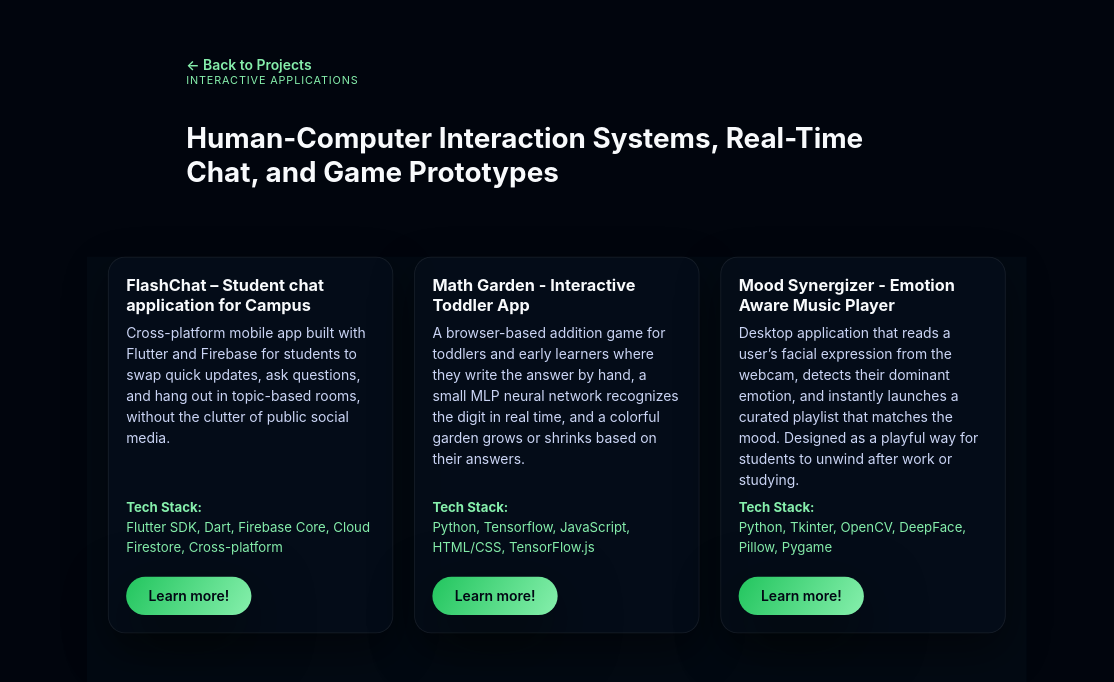
Repository: Abdulaziz-04/Abdulaziz-04.github.io
Page: projects/interactive_apps.html
An editor plug-in stored every save of this project. The page is shown before and after the next save, followed by the edit.
The browser window is 1280 px wide. The pictures show the whole page, at 87% of full size.

Above is the page before, as saved 2025-11-22 23:15:33.

### projects/interactive_apps.html
<!DOCTYPE html>
<html lang="en">
  <head>
    <meta charset="UTF-8" />
    <meta name="viewport" content="width=device-width, initial-scale=1" />
    <title>Interactive Apps | Project</title>
    <link rel="stylesheet" href="../assets/css/styles.css" />
  </head>
  <body class="category-page">
    <header class="category-hero">
      <a class="category-back" href="../index.html#projects"
        >&larr; Back to Projects</a
      >
      <a class="category-pill" href="../index.html#projects"
        >Interactive Applications</a
      >
      <br />
      <h1>
        Human-Computer Interaction Systems, Real-Time Chat, and Game Prototypes
      </h1>
    </header>
    <main class="section category-section">
      <div class="project-modal-grid">
        <article class="project-modal-card">
          <div class="project-modal__body">
            <h3>FlashChat – Student chat application for Campus</h3>
            <p class="project-modal__summary">
              Cross-platform mobile app built with Flutter and Firebase for
              students to swap quick updates, ask questions, and hang out in
              topic-based rooms, without the clutter of public social media.
            </p>
            <p class="project-modal__tech">
              <strong>Tech Stack:</strong>
              Flutter SDK, Dart, Firebase Core, Cloud Firestore, Cross-platform
            </p>
            <div class="project-modal__actions">
              <a
                class="btn primary"
                href="../deepdives/interactive_apps/flash_chat/flash_chat.html"
                >Learn more!</a
              >
            </div>
          </div>
        </article>

        <article class="project-modal-card">
          <div class="project-modal__body">
            <h3>Math Garden - Interactive Toddler App</h3>

            <p class="project-modal__summary">
              A browser-based addition game for toddlers and early learners
              where they write the answer by hand, a small MLP neural network
              recognizes the digit in real time, and a colorful garden grows or
              shrinks based on their answers.
            </p>
            <p class="project-modal__tech">
              <strong>Tech Stack:</strong>
              Python, Tensorflow, JavaScript, HTML/CSS, TensorFlow.js
            </p>
            <div class="project-modal__actions">
              <a
                class="btn primary"
                href="../deepdives/interactive_apps/math_garden/math_garden.html"
                >Learn more!</a
              >
            </div>
          </div>
        </article>

        <article class="project-modal-card">
          <div class="project-modal__body">
            <h3>Mood Synergizer - Emotion Aware Music Player</h3>
            <p class="project-modal__summary">
              Desktop application that reads a user’s facial expression from the
              webcam, detects their dominant emotion, and instantly launches a
              curated playlist that matches the mood. Designed as a playful way
              for students to unwind after work or studying.
            </p>
            <p class="project-modal__tech">
              <strong>Tech Stack:</strong>
              Python, Tkinter, OpenCV, DeepFace, Pillow, Pygame
            </p>
            <div class="project-modal__actions">
              <a
                class="btn primary"
                href="../deepdives/interactive_apps/mood_synergizer/mood.synergizer.html"
                >Learn more!</a
              >
            </div>
          </div>
        </article>
      </div>
    </main>
  </body>
</html>

### assets/css/styles.css
:root {
  --bg: #030a13;
  --bg-alt: #050f1f;
  --panel: #071425;
  --panel-soft: rgba(34, 197, 94, 0.08);
  --accent: #22c55e;
  --accent-strong: #86efac;
  --text: #f8fafc;
  --muted: #cbd5f5;
  --border: rgba(255, 255, 255, 0.08);
  --radius: 18px;
  --shadow: 0 25px 70px rgba(1, 8, 4, 0.55);
}

* {
  box-sizing: border-box;
}

body {
  margin: 0;
  min-height: 100vh;
  font-family: "Inter", "Segoe UI", system-ui, -apple-system, BlinkMacSystemFont,
    sans-serif;
  color: var(--text);
  background: radial-gradient(circle at 15% 35%, rgba(34, 197, 94, 0.15), transparent 45%),
    radial-gradient(circle at 80% 0%, rgba(134, 239, 172, 0.2), transparent 35%),
    #020718;
  scroll-behavior: smooth;
  padding-top: 0;
}

.modal-open {
  overflow: hidden;
}

main {
  background: var(--bg);
}

.section {
  max-width: 1080px;
  margin: 0 auto;
  padding: 3.5rem 1.5rem;
}

.site-header {
  margin: 0;
  padding: clamp(4rem, 12vw, 6rem) clamp(1.5rem, 6vw, 4rem) 3.5rem;
  background: linear-gradient(135deg, rgba(5, 18, 12, 0.9), rgba(3, 10, 19, 0.85)),
    radial-gradient(circle at top left, rgba(34, 197, 94, 0.25), transparent 55%);
  box-shadow: inset 0 1px 0 rgba(255, 255, 255, 0.05);
  min-height: 85vh;
  display: flex;
  align-items: center;
}

.hero-header {
  margin-top: 0;
  padding-top: clamp(4.5rem, 12vw, 7rem);
}

.top-nav {
  position: fixed;
  top: 0;
  left: 0;
  width: 100%;
  padding: 0.75rem clamp(1.25rem, 6vw, 4rem);
  background: rgba(4, 9, 20, 0.95);
  border-bottom: 1px solid rgba(255, 255, 255, 0.05);
  backdrop-filter: blur(14px);
  display: flex;
  align-items: center;
  justify-content: space-between;
  gap: 1rem;
  z-index: 50;
}

.top-nav__brand {
  font-size: 0.85rem;
  letter-spacing: 0.3em;
  text-transform: uppercase;
  color: var(--muted);
}

.top-nav__links {
  display: flex;
  align-items: center;
  gap: 0.9rem;
  flex-wrap: wrap;
}

.nav-link {
  text-decoration: none;
  color: var(--muted);
  font-weight: 600;
  letter-spacing: 0.08em;
  text-transform: uppercase;
  padding: 0.4rem 0.85rem;
  border-radius: 999px;
  transition: color 0.2s ease, background 0.2s ease;
}

.nav-link:hover {
  color: var(--text);
}

.nav-link.active {
  background: var(--accent);
  color: #03140c;
}

.hire-btn {
  cursor: pointer;
  background: var(--accent);
  color: black;
  padding: 0.95rem 2.4rem;
  font-size: 1.1rem;
  font-weight: 700;
  border: none;
  border-radius: 999px;
  box-shadow: 0 12px 28px rgba(34, 197, 94, 0.35);
}

.hero-grid {
  display: grid;
  grid-template-columns: minmax(0, 1.4fr) minmax(220px, 320px);
  gap: clamp(2rem, 4vw, 3.5rem);
  width: 100%;
  align-items: start;
}

.hero-text h1 {
  font-size: clamp(2.5rem, 5vw, 3.8rem);
  margin: 0.2rem 0 0.8rem;
}

.hero-lede {
  color: var(--muted);
  font-size: 1.05rem;
  max-width: 560px;
  line-height: 1.6;
}

.eyebrow {
  text-transform: uppercase;
  color: var(--accent-strong);
}

.hero-summary {
  margin: 1.5rem 0 1.75rem;
  color: var(--muted);
}

.summary-list {
  font-size: large;
  margin: 0;
  padding-left: 1.5rem;
}

.summary-list li {
  margin-bottom: 0.55rem;
  line-height: 1.5;
}

.hero-actions {
  display: flex;
  flex-wrap: wrap;
  gap: 1rem;
  width: 100%;
}

.hero-actions .hire-btn {
  padding: 1.1rem 2.8rem;
  font-size: 1.2rem;
}

.btn {
  display: inline-flex;
  align-items: center;
  justify-content: center;
  gap: 0.4rem;
  padding: 0.75rem 1.6rem;
  border-radius: 999px;
  text-decoration: none;
  font-weight: 600;
  transition: transform 0.2s ease, box-shadow 0.2s ease;
}

.btn.primary {
  background: linear-gradient(120deg, var(--accent), var(--accent-strong));
  color: #020714;
  box-shadow: var(--shadow);
}

.btn.secondary {
  border: 1px solid var(--accent);
  color: var(--accent-strong);
}

.btn:hover {
  transform: translateY(-2px);
}

.hero-photo {
  justify-self: center;
}

.hero-photo img {
  width: clamp(220px, 18vw, 280px);
  border-radius: 28px;
  border: 1px solid rgba(134, 239, 172, 0.2);
  box-shadow: 0 20px 60px rgba(0, 0, 0, 0.6);
  filter: saturate(1.05);
}

.section h2 {
  margin-top: 0;
  font-size: 2rem;
}

.experience-grid {
  display: grid;
  grid-template-columns: repeat(auto-fit, minmax(300px, 1fr));
  gap: 1.75rem;
}

.experience-title {
  display: flex;
  justify-content: space-between;
  align-items: center;
  gap: 1rem;
  font-size: 1.2rem;
}

.experience-title .role {
  color: var(--text); /* default text color */
  font-weight: 600;
}

.experience-title .org {
  color:#6DF9C9;
  white-space: nowrap;
}

.experience-card,
.project-card {
  background: linear-gradient(145deg, var(--panel), rgba(6, 14, 18, 0.9));
  border-radius: var(--radius);
  border: 1px solid var(--border);
  padding: 1.75rem;
  box-shadow: var(--shadow);
}

.timeline {
  border-left: 2px solid var(--border);
  margin-top: 1.25rem;
}

.timeline-item {
  padding-left: 1.75rem;
  margin-bottom: 1.75rem;
  position: relative;
}

.timeline-header {
  display: flex;
  justify-content: space-between;
  align-items: baseline;
  gap: 1rem;
}

.timeline-header h3 {
  margin: 0;
}

.education-title {
  display: flex;
  justify-content: space-between;
  gap: 0.75rem;
  align-items: baseline;
  flex-wrap: wrap;
}

.edu-gpa {
  color: var(--accent-strong);
  white-space: nowrap;
  font-size: 0.95rem;
}





.hire-modal {
  position: fixed;
  inset: 0;
  background: rgba(5, 9, 18, 0.8);
  display: flex;
  justify-content: center;
  align-items: center;
  z-index: 100;
}

.hire-modal[hidden] {
  display: none;
}

.hire-modal__panel {
  background: #050b16;
  border: 1px solid rgba(255, 255, 255, 0.08);
  border-radius: 22px;
  padding: 1.75rem;
  width: min(90%, 420px);
  box-shadow: 0 30px 80px rgba(0, 0, 0, 0.55);
  position: relative;
  color: var(--text);
}

.hire-modal__panel p {
  color: var(--muted);
}

.hire-modal__close {
  position: absolute;
  top: 0.5rem;
  right: 0.75rem;
  background: var(--accent);
  color: #02120b;
  border: none;
  font-size: 1.35rem;
  font-weight: 700;
  cursor: pointer;
  width: 2.25rem;
  height: 2.25rem;
  border-radius: 999px;
  display: inline-flex;
  align-items: center;
  justify-content: center;
  line-height: 1;
}

.hire-options {
  display: flex;
  flex-direction: column;
  gap: 0.75rem;
  margin-top: 1rem;
}

.hire-option {
  display: flex;
  justify-content: space-between;
  align-items: center;
  padding: 0.85rem 1rem;
  border-radius: 1rem;
  text-decoration: none;
  color: var(--text);
  border: 1px solid rgba(255, 255, 255, 0.08);
  background: rgba(255, 255, 255, 0.02);
  transition: background 0.2s ease, transform 0.2s ease;
}

.hire-option:hover {
  background: rgba(34, 197, 94, 0.18);
  transform: translateY(-2px);
}

.hire-option small {
  color: var(--muted);
  letter-spacing: 0.04em;
}

.hire-modal__action {
  margin-top: 1.5rem;
  width: 100%;
  text-align: center;
}

.timeline-item::before {
  content: "";
  width: 11px;
  height: 11px;
  border-radius: 999px;
  background: var(--accent);
  box-shadow: 0 0 16px rgba(34, 197, 94, 0.8);
  position: absolute;
  left: -6px;
  top: 4px;
}

.timeline-date {
  font-size: 0.85rem;
  letter-spacing: 0.1em;
  text-transform: uppercase;
  color: var(--muted);
}

.course-dropdown {
  margin-top: 1.5rem;
}

.course-toggle {
  width: 100%;
  background: transparent;
  border: 1px solid rgba(255, 255, 255, 0.08);
  border-radius: var(--radius);
  padding: 0.75rem 1.1rem;
  color: var(--text);
  font: inherit;
  font-weight: 600;
  letter-spacing: 0.04em;
  display: flex;
  justify-content: space-between;
  align-items: center;
  cursor: pointer;
  transition: border-color 0.2s ease, transform 0.2s ease, box-shadow 0.2s ease;
}

.course-toggle:hover {
  border-color: rgba(134, 239, 172, 0.7);
  box-shadow: 0 0 20px rgba(34, 197, 94, 0.25);
  transform: translateY(-1px);
}

.course-toggle__icon {
  font-size: 1.1rem;
  line-height: 1;
  transition: transform 0.25s ease;
}

.course-toggle[aria-expanded='true'] .course-toggle__icon {
  transform: rotate(45deg);
}

.course-panel {
  margin-top: 1rem;
  border-left: 2px solid rgba(134, 239, 172, 0.3);
  padding-left: 1.25rem;
}

.course-panel[hidden] {
  display: none;
}

.course-panel__body h4 {
  margin-top: 1rem;
  margin-bottom: 0.5rem;
}

.certifications-list {
  display: grid;
  gap: 1rem;
  margin-top: 1rem;
}

#certifications {
  scroll-margin-top: 140px;
}

.cert-list {
  list-style: none;
  padding: 0;
  margin: 0;
  display: flex;
  flex-direction: column;
  gap: 0.75rem;
}

.cert-title {
  font-weight: 700;
}

.cert-meta {
  font-size: 0.95rem;
  color: var(--muted);
}

.loading-text,
.loading-error {
  color: var(--muted);
  font-style: italic;
}

.loading-error {
  color: #fda4af;
}

.project-card--featured {
  display: flex;
  flex-wrap: wrap;
  gap: 1.5rem;
}

.project-media img {
  max-width: 280px;
  border-radius: var(--radius);
  border: 1px solid rgba(34, 197, 94, 0.3);
}

.project-grid {
  display: grid;
  grid-template-columns: repeat(auto-fit, minmax(240px, 1fr));
  gap: 1.25rem;
  margin-top: 1rem;
}

.projects-overview .projects-lede {
  color: var(--muted);
  max-width: 760px;
  margin-bottom: 2rem;
}

.project-category-grid {
  display: grid;
  grid-template-columns: repeat(auto-fit, minmax(260px, 1fr));
  gap: 1.5rem;
  margin-top: 2rem;
}

.project-category-card {
  border: 1px solid var(--border);
  border-radius: var(--radius);
  padding: 1.75rem;
  background: rgba(7, 19, 33, 0.85);
  display: flex;
  flex-direction: column;
  gap: 0.75rem;
  box-shadow: 0 15px 40px rgba(0, 0, 0, 0.35);
  min-height: 260px;
}

.category-pill {
  text-transform: uppercase;
  letter-spacing: 0.08em;
  font-size: 0.78rem;
  color: var(--accent-strong);
  margin: 0;
  display: block;
  min-height: 2.2em;
  text-decoration: none;
  cursor: pointer;
}

.project-category-card h3 {
  margin: 0;
  line-height: 1.35;
  min-height: 3.2em;
}

.project-category-card > p:not(.category-pill) {
  margin: 0;
  line-height: 1.5;
  min-height: 4.4em;
}

.category-link {
  align-self: flex-start;
  margin-top: auto;
}

.category-page {
  background: #01050d;
  color: var(--text);
  min-height: 100vh;
  margin: 0;
}

.category-hero {
  max-width: 900px;
  margin: 0 auto;
  padding: 4rem 1.5rem 2rem;
  text-align: left;
}

.category-hero h1 {
  margin-top: 0.5rem;
}

.category-back {
  text-decoration: none;
  color: var(--accent-strong);
  font-weight: 600;
}

.category-section {
  padding-top: 0;
}

.category-description {
  color: var(--muted);
  max-width: 720px;
}

.project-modal-grid {
  display: grid;
  grid-template-columns: repeat(auto-fit, minmax(280px, 1fr));
  gap: 1.5rem;
  margin-top: 1.5rem;
  align-items: stretch;
  grid-auto-rows: 1fr;
}

.project-modal-card {
  border: 1px solid rgba(255, 255, 255, 0.08);
  border-radius: 20px;
  padding: 1.25rem;
  background: rgba(5, 13, 25, 0.95);
  display: flex;
  flex-direction: column;
  gap: 1rem;
  box-shadow: 0 20px 50px rgba(0, 0, 0, 0.45);
  height: 100%;
}

.project-modal__body {
  display: grid;
  grid-template-rows: auto 1fr auto auto;
  gap: 0.6rem;
  height: 100%;
}

.project-modal-card h3 {
  margin: 0;
  min-height: 2.6rem;
  display: flex;
  align-items: flex-end;
}

.project-modal__body h3,
.project-modal__body p {
  margin: 0;
}

.project-modal__summary {
  color: var(--muted);
  line-height: 1.5;
  min-height: 0;
}

.project-modal__tech {
  font-size: 0.95rem;
  color: var(--accent-strong);
  min-height: 2.4rem;
  line-height: 1.5;
}

.project-modal__tech strong,
.project-modal__tech b {
  display: block;
}

.project-modal__actions {
  display: flex;
  gap: 0.75rem;
  flex-wrap: wrap;
  margin-top: auto;
  padding-top: 0.75rem;
}

.category-footer {
  text-align: center;
  color: var(--muted);
  padding: 2rem 1rem 3rem;
}

.project-detail-page {
  background: #01050d;
  color: var(--text);
  margin: 0;
}

.detail-hero {
  max-width: 960px;
  margin: 0 auto;
  padding: 4rem 1.5rem 2rem;
}

.detail-summary {
  color: var(--muted);
  font-size: 1.1rem;
}

.detail-meta {
  list-style: none;
  padding: 0;
  margin: 1.5rem 0 0;
  display: flex;
  flex-wrap: wrap;
  gap: 1rem 2rem;
  color: var(--accent-strong);
}

.detail-content {
  padding-top: 0;
}

.home-page p,
.home-page li,
.home-page .course-panel__body {
  text-align: justify;
}

.home-page .projects-overview p,
.home-page .project-category-card p {
  text-align: left;
}

.project-detail-page p,
.project-detail-page li {
  text-align: justify;
}

.detail-section {
  margin-bottom: 2.5rem;
}

.detail-gallery {
  display: flex;
  flex-direction: column;
  gap: 1.5rem;
}

.detail-gallery .gallery-row {
  display: flex;
  flex-direction: column;
  gap: 1.75rem;
  align-items: center;
}

.detail-gallery .gallery-row--two {
  width: 100%;
  display: grid;
  grid-template-columns: repeat(auto-fit, minmax(280px, 1fr));
  gap: 1.25rem;
  align-items: start;
}

.detail-gallery .gallery-item {
  flex: 0 0 auto;
  max-width: 880px;
  margin: 0 auto;
  text-align: center;
}

.detail-gallery .gallery-item figcaption {
  text-align: center;
}

.detail-gallery .gallery-item img {
  display: block;
  width: 100%;
  height: auto;
  border-radius: 12px;
  border: 1px solid rgba(255, 255, 255, 0.08);
  margin: 0 auto;
  transform: none;
}

.detail-video {
  display: block;
  width: 100%;
  max-width: 720px;
  height: auto;
  margin: 0 auto;
  border-radius: 12px;
  border: 1px solid rgba(255, 255, 255, 0.08);
  background: #000;
}

.detail-gallery__grid {
  display: grid;
  grid-template-columns: repeat(auto-fit, minmax(240px, 1fr));
  gap: 1.25rem;
}

.detail-gallery__grid img {
  width: 100%;
  border-radius: 14px;
  border: 1px solid rgba(255, 255, 255, 0.08);
}

.detail-snippet pre {
  background: #020714;
  padding: 1.25rem;
  border-radius: 16px;
  border: 1px solid rgba(255, 255, 255, 0.08);
  overflow-x: auto;
}

.code-emphasis {
  font-size: 1.4em;
}

.skills-list {
  display: flex;
  flex-wrap: wrap;
  gap: 0.65rem;
}

.skill-pill {
  --pill-bg: rgba(148, 163, 184, 0.15);
  --pill-color: #f8fafc;
  --pill-icon: rgba(255, 255, 255, 0.85);
  display: inline-flex;
  align-items: center;
  gap: 0.4rem;
  padding: 0.45rem 0.9rem;
  border-radius: 0.85rem;
  background: var(--pill-bg);
  color: var(--pill-color);
  font-size: 0.78rem;
  font-weight: 700;
  letter-spacing: 0.05em;
  text-transform: uppercase;
  border: 1px solid rgba(255, 255, 255, 0.06);
  box-shadow: 0 6px 14px rgba(0, 0, 0, 0.25);
}

.skill-pill i {
  font-size: 1rem;
  color: var(--pill-icon);
}

.site-footer {
  text-align: center;
  display: flex;
  justify-content: center;
  padding: 2.5rem 1rem 3rem;
  color: var(--muted);
  border-top: 1px solid var(--border);
  background: linear-gradient(180deg, rgba(5, 9, 18, 0.98), rgba(2, 7, 24, 0.95));
  margin-top: 0;
  box-shadow: 0 -18px 45px rgba(0, 0, 0, 0.45);
}

.site-footer p {
  margin: 0;
}

@media (max-width: 1024px) {
  .hero-grid {
    grid-template-columns: 1fr;
    text-align: center;
  }

  .hero-photo {
    order: -1;
  }

  .top-nav {
    flex-direction: column;
    align-items: flex-start;
    gap: 0.5rem;
  }

  .top-nav__links {
    width: 100%;
    justify-content: flex-start;
    gap: 0.5rem;
  }

  .hire-btn {
    width: 100%;
    text-align: center;
  }
}

@media (max-width: 640px) {
  .hero-header {
    padding-top: 9rem;
  }

  .experience-title {
    flex-direction: column;
    align-items: flex-start;
    gap: 0.35rem;
    font-size: 1.05rem;
  }

  .experience-title .org {
    white-space: normal;
    width: 100%;
  }
}


/* Medium size for first GIF */
.gallery-item--medium {
  text-align: center;
}

.gallery-item--medium img {
  max-width: 720px;
  width: 100%;
  height: auto;
  display: block;
  margin: 0 auto;
}

.gallery-item figcaption {
  margin-top: 0.95rem;
  color: var(--muted);
  line-height: 1.5;
}

.hero-screens {
  display: flex;
  flex-wrap: wrap;
  justify-content: center;
  align-items: flex-start;
  gap: 1.25rem;
}

.hero-screens .gallery-item {
  max-width: 220px;
  width: 100%;
  display: flex;
  flex-direction: column;
  align-items: center;
}

.hero-screens .gallery-item img {
  width: 100%;
  height: 420px;
  display: block;
  margin: 0 auto;
  object-fit: contain;
}

.hero-screens .gallery-item figcaption {
  text-align: center;
  margin-top: 0.75rem;
}


a {
  color: #b6f5c9;
}

a:hover {
  color: #8ef0af;
}

After the next save:
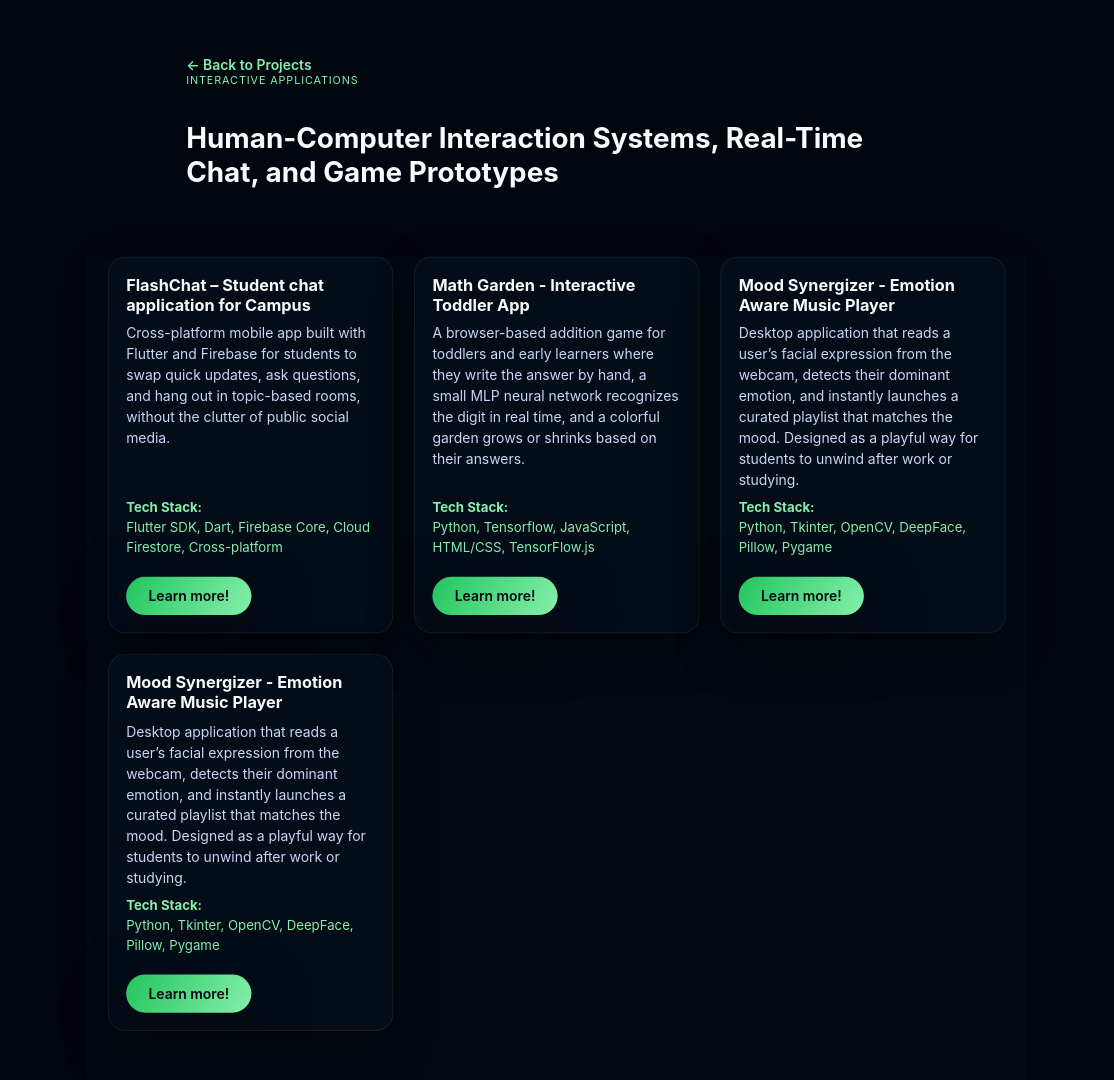
Saved 36 s later.
--- a/projects/interactive_apps.html
+++ b/projects/interactive_apps.html
@@ -89,6 +89,28 @@
             </div>
           </div>
         </article>
+        <article class="project-modal-card">
+          <div class="project-modal__body">
+            <h3>Mood Synergizer - Emotion Aware Music Player</h3>
+            <p class="project-modal__summary">
+              Desktop application that reads a user’s facial expression from the
+              webcam, detects their dominant emotion, and instantly launches a
+              curated playlist that matches the mood. Designed as a playful way
+              for students to unwind after work or studying.
+            </p>
+            <p class="project-modal__tech">
+              <strong>Tech Stack:</strong>
+              Python, Tkinter, OpenCV, DeepFace, Pillow, Pygame
+            </p>
+            <div class="project-modal__actions">
+              <a
+                class="btn primary"
+                href="../deepdives/interactive_apps/mood_synergizer/mood.synergizer.html"
+                >Learn more!</a
+              >
+            </div>
+          </div>
+        </article>
       </div>
     </main>
   </body>
